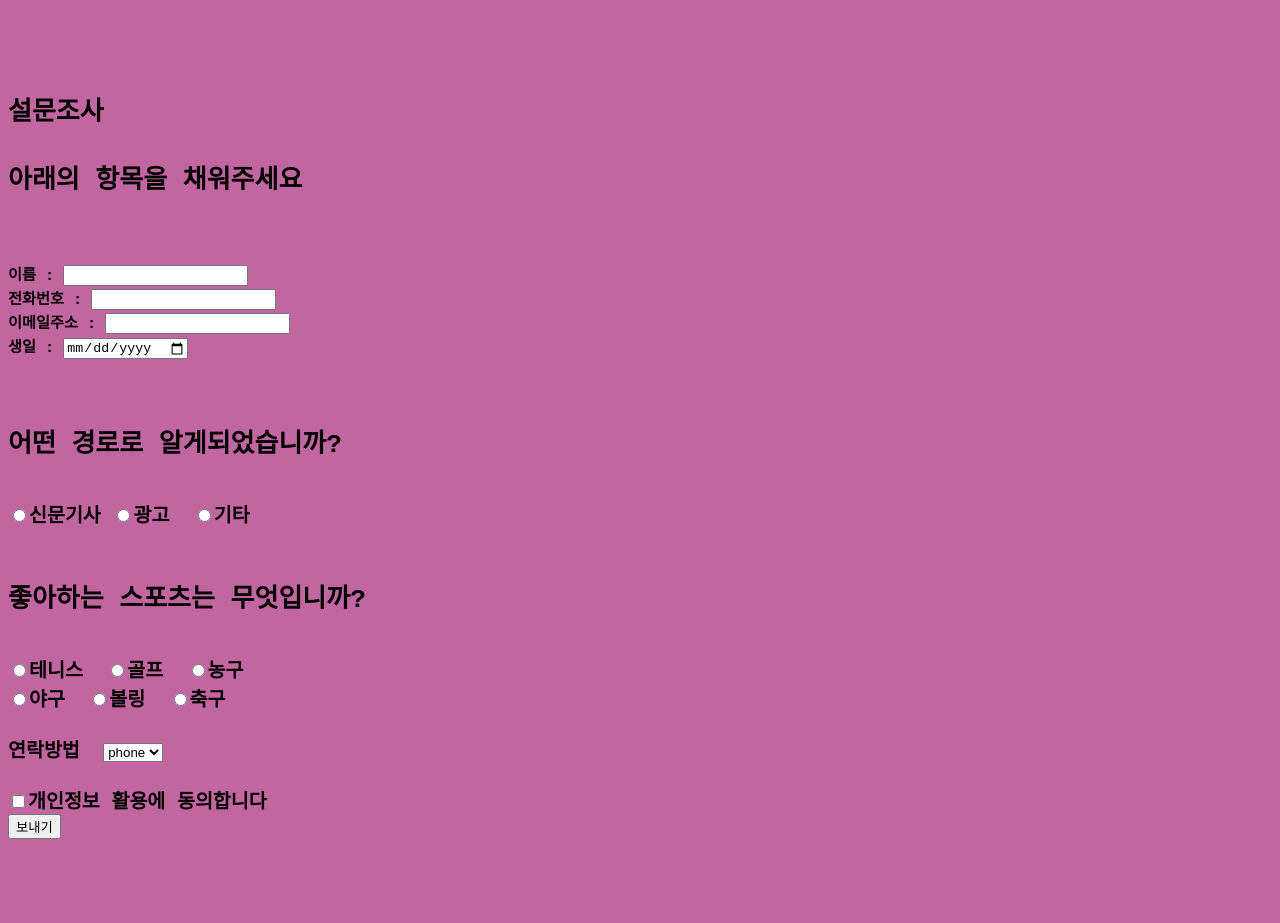
Repository: violetaplum/eclipseJSP
Page: http://localhost/JSP/jsp_DB/dao.jsp
An editor plug-in stored every save of this project. The page is shown before and after a run of saves, followed by the edit.
The browser window is 1280 px wide. The pictures show the whole page.
The page is served by Tomcat 9. Other server files are loaded and not shown.

Above is the page before, as saved 2019-06-12 10:06:32.

### JSP/WebContent/jsp_DB/dao.jsp
<%@page import="java.sql.PreparedStatement"%>
<%@page import="java.sql.DriverManager"%>
<%@page import="java.sql.Connection"%>
<%@page import="java.sql.ResultSet" %>
<%@page import="java.util.ArrayList"%>
<%-- <%@page import="telinfoDAO.TelInfoDAO"%>
<%@page import="telinfoVO.TelInfoVO"%> --%>
<%@ page language="java" contentType="text/html; charset=UTF-8"
    pageEncoding="UTF-8"%>
<%request.setCharacterEncoding("utf-8");%>

<%-- <%
response.setCharacterEncoding("utf-8");
TelInfoDAO tidao = new TelInfoDAO();
ArrayList<TelInfoVO> tiArray = tidao.getAllInfo();

%> --%>
<!DOCTYPE html>
<html>
<head>
  <style>
  body
  {
    background: #c166a1;
    align:center;
  }
  </style>

</head>
<body>

<pre>

<form action="./dao2.jsp" method="get">
<h1>
설문조사

아래의 항목을 채워주세요
</h1>
<h3>
이름 : <input type="text" name="name" />
전화번호 : <input type="text" name="tel" />
이메일주소 : <input type="text" name="email" />
생일 : <input type="date" name="birth" />
</h3>

<h1>어떤 경로로 알게되었습니까?</h1><h2>
<input type="radio" name="radio1" value="신문기사"/>신문기사 <input type="radio" name="radio1" value="광고"/>광고  <input type="radio" name="radio1" value="기타" />기타
</h2>
<h1>좋아하는 스포츠는 무엇입니까?</h1><h2>
<input type="radio" name="radio2" value="테니스" />테니스  <input type="radio" name="radio2" value="골프" />골프  <input type="radio" name="radio2" value="농구" />농구
<input type="radio" name="radio2" value="야구" />야구  <input type="radio" name="radio2" value="볼링" />볼링  <input type="radio" name="radio2" value="축구" />축구

연락방법  <select name="select" id="select" value="select">
          <option value="phone">
            phone
          </option>
          <option value="email">
            email
          </option>
          <option value="sms">
            sms
          </option>
</select>

<input type="checkbox" name="check" />개인정보 활용에 동의합니다
<input type="submit" value="보내기" />


</form>
</pre>
</h2>


</body>
</html>

After the next 3 saves:
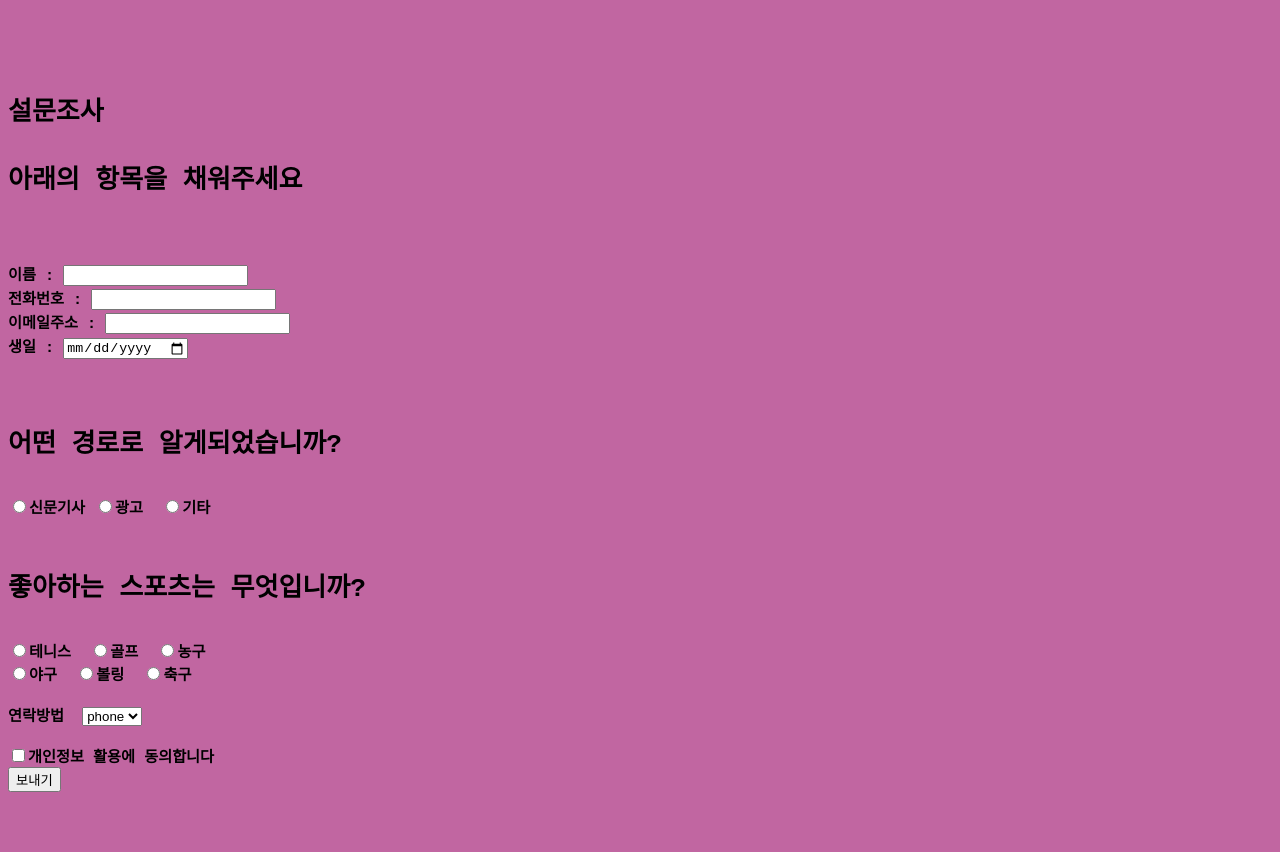
The 3 saves are shown as one change because they came seconds apart.
The last was saved 9 s later.
--- a/JSP/WebContent/jsp_DB/dao.jsp
+++ b/JSP/WebContent/jsp_DB/dao.jsp
@@ -44,10 +44,10 @@ ArrayList<TelInfoVO> tiArray = tidao.getAllInfo();
 생일 : <input type="date" name="birth" />
 </h3>
 
-<h1>어떤 경로로 알게되었습니까?</h1><h2>
+<h1>어떤 경로로 알게되었습니까?</h1><h3>
 <input type="radio" name="radio1" value="신문기사"/>신문기사 <input type="radio" name="radio1" value="광고"/>광고  <input type="radio" name="radio1" value="기타" />기타
-</h2>
-<h1>좋아하는 스포츠는 무엇입니까?</h1><h2>
+</h3>
+<h1>좋아하는 스포츠는 무엇입니까?</h1><h3>
 <input type="radio" name="radio2" value="테니스" />테니스  <input type="radio" name="radio2" value="골프" />골프  <input type="radio" name="radio2" value="농구" />농구
 <input type="radio" name="radio2" value="야구" />야구  <input type="radio" name="radio2" value="볼링" />볼링  <input type="radio" name="radio2" value="축구" />축구
 
